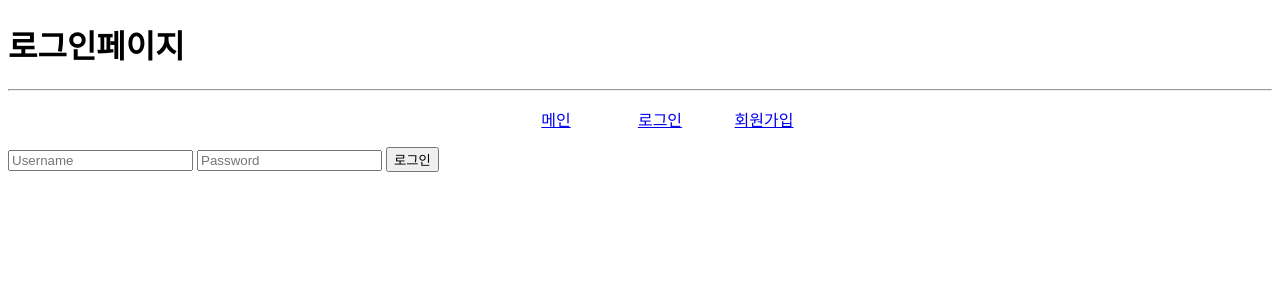
Repository: sunandjun/jspwork
Page: http://localhost/cos/login.jsp
The author's editor kept a copy of each file at every save. The page is drawn from the files as they stood at one save, then again after a run of saves.
The browser window is 1280 px wide. The pictures show the whole page.
The page is served by Tomcat 9.

Above is the page before, as saved 2020-08-22 06:06:33.

After the next 2 saves:
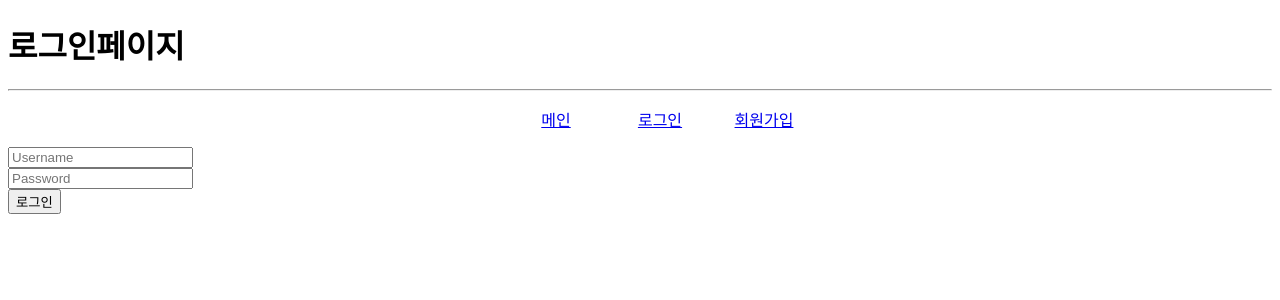
The 2 saves are shown as one change because they came seconds apart.
The last was saved 13 s later.
--- a/cos/WebContent/login.jsp
+++ b/cos/WebContent/login.jsp
@@ -26,9 +26,9 @@
 	<li><a href="join.jsp">회원가입</a></li>
 </ul>
 <form action="">
-	<input type="text" name="username" placeholder="Username"/>
-	<input type="password" name="password" placeholder="Password"/>
-	<button>로그인</button>
+	<input type="text" name="username" placeholder="Username"/><br/>
+	<input type="password" name="password" placeholder="Password"/><br/>
+	<button>로그인</button><br/>
 </form>
 </body>
 </html>
